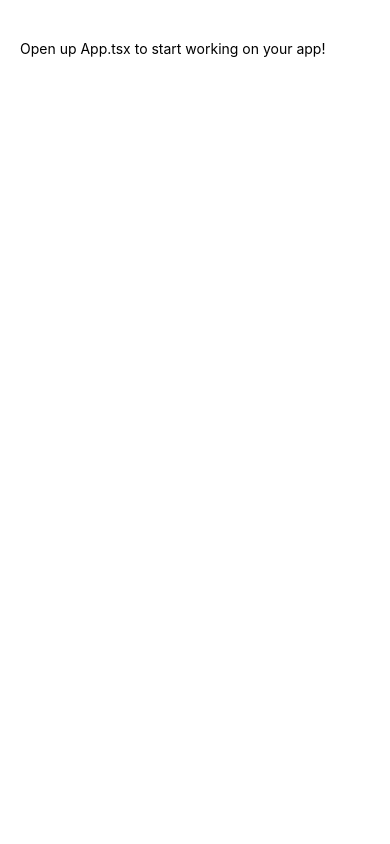
Repository: sonnke/imageResizer
Screen: /
An editor plug-in stored every save of this project. The screen is shown before and after the next save, followed by the edit.
The app was drawn by React Native's web renderer in a window 390 px wide. The project was rebuilt for these pictures with package versions that can differ from the ones it lists, and the page was loaded fresh each time.

Above is the screen before, as saved 2020-02-02 12:06:58.

### App.tsx
import React from 'react';
import { StyleSheet, Text, View } from 'react-native';
import styled from 'styled-components/native';

const MainContainer = styled.View`
  flex: 1;
  padding: 20px;
  margin-top: 20px;
`;

export default function App() {
  return (
    <MainContainer>
      <Text>Open up App.tsx to start working on your app!</Text>
    </MainContainer>
  );
}

After the next save:
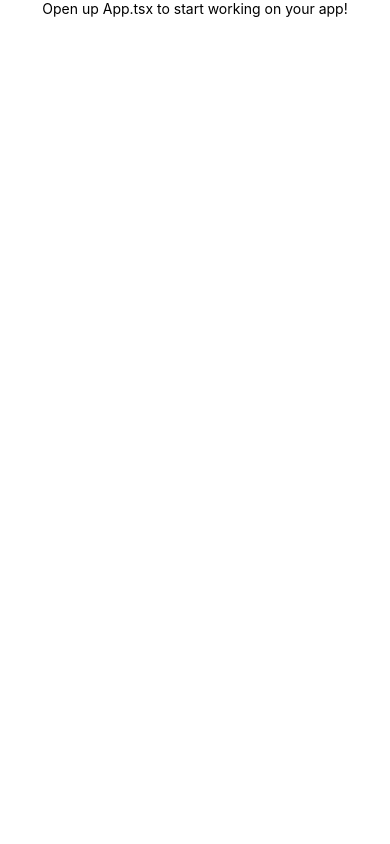
Saved 85 s later.
--- a/App.tsx
+++ b/App.tsx
@@ -4,10 +4,9 @@ import styled from 'styled-components/native';
 
 const MainContainer = styled.View`
   flex: 1;
-  padding: 20px;
-  margin-top: 20px;
+  align-items: center;
+  align-content: center;
 `;
-
 export default function App() {
   return (
     <MainContainer>
@@ -15,3 +14,12 @@ export default function App() {
     </MainContainer>
   );
 }
+
+// const styles = StyleSheet.create({
+//   container: {
+//     flex: 1,
+//     backgroundColor: '#fff',
+//     alignItems: 'center',
+//     justifyContent: 'center',
+//   },
+// });
